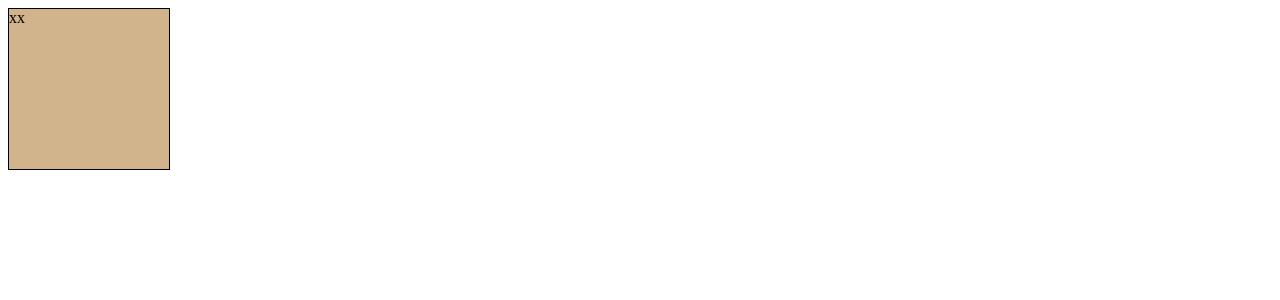
Repository: JamesSchiiller/deduce-html-javascript
Page: index.html
An editor plug-in stored every save of this project. The page is shown before and after the next save, followed by the edit.
The browser window is 1280 px wide. The pictures show the whole page.
After loading, the first visible `#mainChessBoard > div` was clicked once.

Above is the page before, as saved 2018-12-13 22:51:06.
Console error: ReferenceError: myFunction is not defined

After the next save:
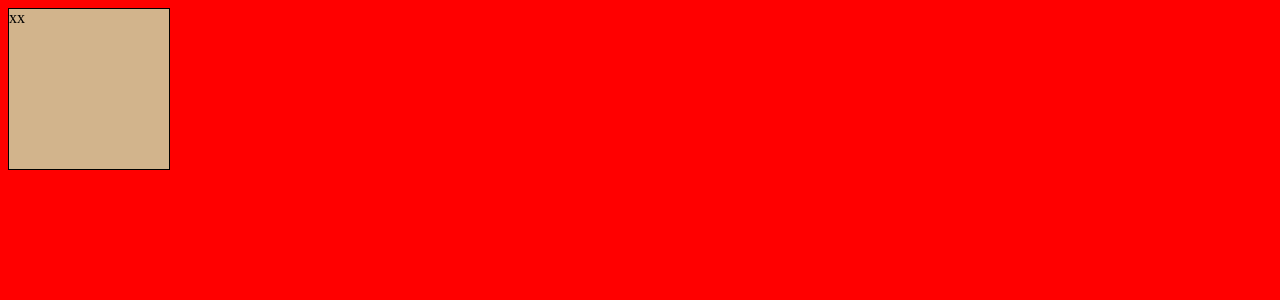
The error is gone.
Saved 26 s later.
--- a/index.html
+++ b/index.html
@@ -7,5 +7,10 @@
     <div id="mainChessBoard">
       <div onClick="myFunction()">xx</div>
     </div>
+    <script>
+        function myFunction() {
+            document.body.style.backgroundColor = "red";
+        }
+    </script>
   </body>
 </html>
